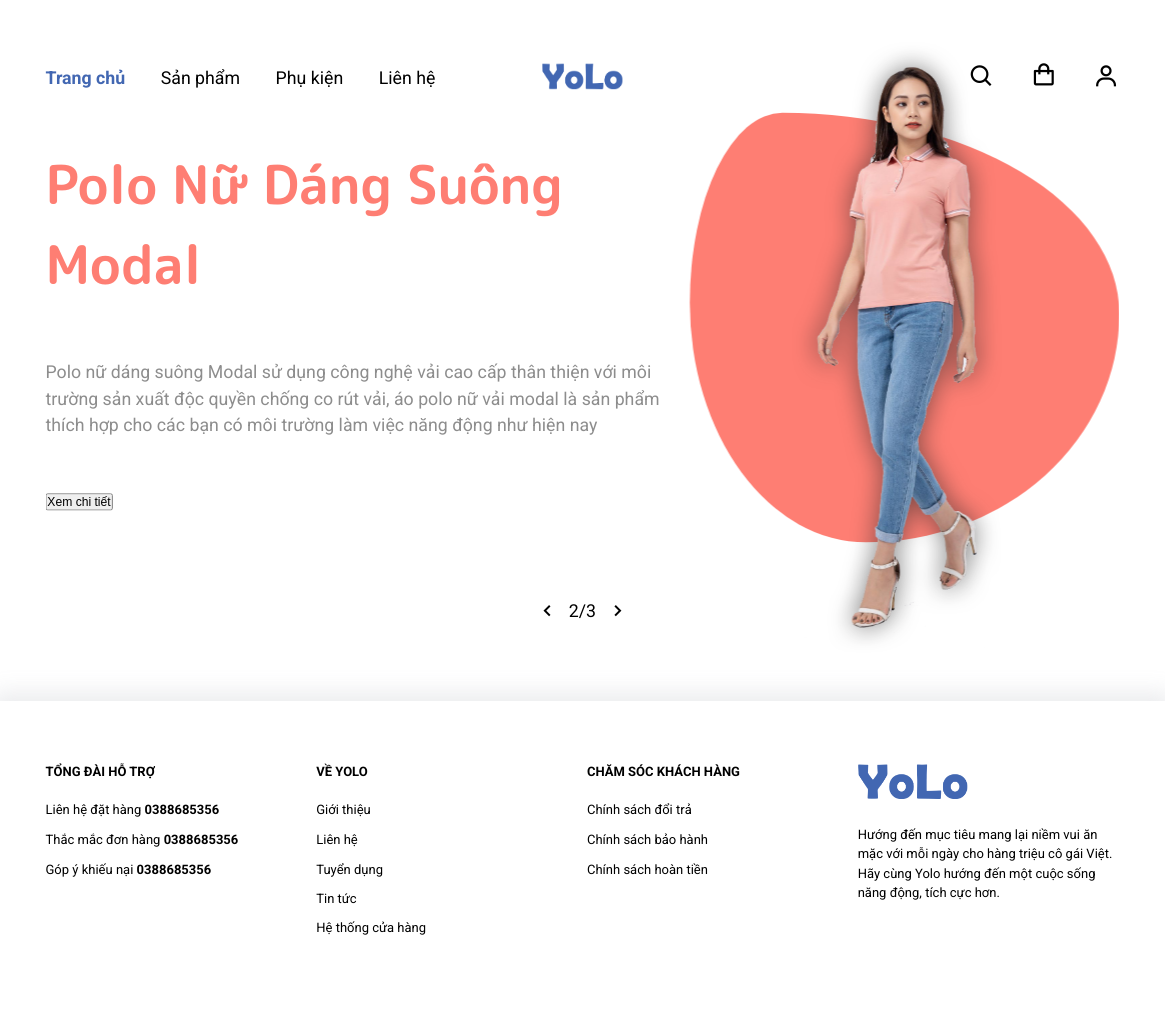
Repository: NguyenThanhBinh1210/Binh-React
Page: / (app in yoloshop/)
These files come from the project's save history. The page is drawn as it stood at one moment and after the next save; the edit follows.
The browser window is 1280 px wide. The pictures show the whole page, at 91% of full size.
The project was rebuilt for these pictures with package versions that can differ from the ones it lists, and the page was loaded fresh each time. A package was used in the major version that the imports need, not the one package.json lists. Also part of the build but not shown: yoloshop/src/pages/Product.jsx, yoloshop/src/pages/Catalog.jsx, yoloshop/src/pages/Cart.jsx, yoloshop/src/pages/Accessory.jsx, yoloshop/src/pages/Contact.jsx.

Above is the page before, as saved 2021-11-25 16:11:40.

### yoloshop/src/index.js
import React from 'react'
import ReactDOM from 'react-dom'
import Layout from './components/Layout'
import reportWebVitals from './reportWebVitals'
import './assets/boxicons-2.0.7/css/boxicons.min.css'
import './sass/index.scss'

ReactDOM.render(
	<React.StrictMode>
		<Layout />
	</React.StrictMode>,
	document.getElementById('root')
)

// If you want to start measuring performance in your app, pass a function
// to log results (for example: reportWebVitals(console.log))
// or send to an analytics endpoint. Learn more: https://bit.ly/CRA-vitals
reportWebVitals()

### yoloshop/src/components/Layout.jsx
import React from 'react'
import { BrowserRouter, Route } from 'react-router-dom'
import Header from './Header'
import Footer from './Footer'
import Routess from '../routes/Routess'

export default function Layout() {
	return (
		<BrowserRouter>
			<Route
				render={props => (
					<div>
						<Header {...props} />
						<div className="container">
							<div className="main">
								<Routess />
							</div>
						</div>
						<Footer />
					</div>
				)}
			/>
		</BrowserRouter>
	)
}

### yoloshop/src/sass/index.scss
@import './variables';
@import './mixins';
@import './base.scss';

@import './components/header';
@import './components/footer';
@import './components/hero-slider.scss';

### yoloshop/src/components/Header.jsx
import React, { useEffect, useRef } from 'react'
import logo from '../assets/images/Logo-2.png'
import { Link, useLocation } from 'react-router-dom'

const mainNav = [
	{
		display: 'Trang chủ',
		path: '/'
	},
	{
		display: 'Sản phẩm',
		path: '/catalog'
	},
	{
		display: 'Phụ kiện',
		path: '/accessories'
	},
	{
		display: 'Liên hệ',
		path: '/contact'
	}
]
export default function Header() {
	const { pathname } = useLocation()
	const activeNav = mainNav.findIndex(e => e.path === pathname)
	const headerRef = React.useRef(null)

	useEffect(() => {
		window.addEventListener('scroll', () => {
			if (
				document.body.scrollTop > 80 ||
				document.documentElement.scrollTop > 80
			) {
				headerRef.current.classList.add('shrink')
			} else {
				headerRef.current.classList.remove('shrink')
			}
		})
		return () => {
			window.removeEventListener('scroll')
		}
	}, [])

	const menuLeft = useRef(null)

	const menuToggle = () => menuLeft.current.classList.toggle('active')

	return (
		<div className="header" ref={headerRef}>
			<div className="container">
				<div className="header__logo">
					<Link to="/">
						<img src={logo} alt="logo" />
					</Link>
				</div>
				<div className="header__menu">
					<div className="header__menu__mobile-toggle" onClick={menuToggle}>
						<i class="bx bx-menu-alt-left"></i>
					</div>
					<div className="header__menu__left" ref={menuLeft}>
						<div className="header__menu__left__close" onClick={menuToggle}>
							<i class="bx bx-chevron-left"></i>
						</div>
						{mainNav.map((item, index) => (
							<div
								key={index}
								className={`header__menu__item  header__menu__left__item ${
									index === activeNav ? 'active' : ''
								}`}
								onClick={menuToggle}
							>
								<Link to={item.path}>
									<span>{item.display}</span>
								</Link>
							</div>
						))}
					</div>
					<div className="header__menu__right">
						<div className="header__menu__item header__menu__right__item">
							<i class="bx bx-search"></i>
						</div>
						<div className="header__menu__item header__menu__right__item">
							<Link to="/cart">
								<i class="bx bx-shopping-bag"></i>
							</Link>
						</div>
						<div className="header__menu__item header__menu__right__item">
							<i class="bx bx-user"></i>
						</div>
					</div>
				</div>
			</div>
		</div>
	)
}

### yoloshop/src/components/Footer.jsx
import React from 'react'
import { Link } from 'react-router-dom'
import Grid from './Grid'
import logo from '../assets/images/Logo-2.png'

const footerAboutLinks = [
	{
		display: 'Giới thiệu',
		path: '/about'
	},
	{
		display: 'Liên hệ',
		path: '/contact'
	},
	{
		display: 'Tuyển dụng',
		path: '/about'
	},
	{
		display: 'Tin tức',
		path: '/about'
	},
	{
		display: 'Hệ thống cửa hàng',
		path: '/about'
	}
]

const footerCustomLinks = [
	{
		display: 'Chính sách đổi trả',
		path: '/about'
	},

	{
		display: 'Chính sách bảo hành',
		path: '/about'
	},

	{
		display: 'Chính sách hoàn tiền',
		path: '/about'
	}
]

export default function Footer() {
	return (
		<footer className="footer">
			<div className="container">
				<Grid col={4} mdCol={2} smCol={1} gap={10}>
					<div>
						<div className="footer__title">Tổng đài hỗ trợ</div>
						<div className="footer__content">
							<p>
								Liên hệ đặt hàng <strong> 0388685356</strong>
							</p>
							<p>
								Thắc mắc đơn hàng <strong> 0388685356</strong>
							</p>
							<p>
								Góp ý khiếu nại <strong> 0388685356</strong>
							</p>
						</div>
					</div>
					<div>
						<div className="footer__title">Về Yolo</div>
						<div className="footer__content">
							{footerAboutLinks.map((item, i) => (
								<p key={i} className="">
									<Link to={item.path}>{item.display}</Link>
								</p>
							))}
						</div>
					</div>
					<div>
						<div className="footer__title">Chăm sóc khách hàng</div>
						<div className="footer__content">
							{footerCustomLinks.map((item, i) => (
								<p key={i} className="">
									<Link to={item.path}>{item.display}</Link>
								</p>
							))}
						</div>
					</div>
					<div className="footer__about">
						<p>
							<Link to="/">
								<img src={logo} className="footer__logo" alt="logo" />
							</Link>
						</p>
						<p>
							Hướng đến mục tiêu mang lại niềm vui ăn mặc với mỗi ngày cho hàng
							triệu cô gái Việt. Hãy cùng Yolo hướng đến một cuộc sống năng
							động, tích cực hơn.
						</p>
					</div>
				</Grid>
			</div>
		</footer>
	)
}

### yoloshop/src/routes/Routess.jsx
import React from 'react'
import { Switch, Route } from 'react-router-dom'
import Home from '../pages/Home'
import Product from '../pages/Product'
import Catalog from '../pages/Catalog'
import Cart from '../pages/Cart'
import Accessory from '../pages/Accessory'
import Contact from '../pages/Contact'

const Routess = () => {
	return (
		<Switch>
			<Route path="/" exact component={Home}></Route>
			<Route path="/catalog/:slug" component={Product}></Route>
			<Route path="/catalog" component={Catalog}></Route>
			<Route path="/cart" component={Cart}></Route>
			<Route path="/accessories" component={Accessory}></Route>
			<Route path="/contact" component={Contact}></Route>
		</Switch>
	)
}

export default Routess

### yoloshop/src/sass/_variables.scss
$main-bg: #fff;
$main-color: #4267b2;

$txt-main-color: #000000;
$txt-second-color: #8d8d8d;
$txt-white: #fff;

$btn-main-bg: $main-color;
$btn-main-color: #fff;

$header-height: 170px;
$header-tablet-height: 70px;
$header-mobile-height: 40px;
$header-shrink-height: 70px;

$box-shadow: rgba(149, 157, 165, 0.2) 0px 0px 24px 8px;

$colors: (
	'blue': #4267b2,
	'orange': #fbb96b,
	'pink': #fe7e73,
	'white': #fff,
	'black': #000,
	'main': $main-color
);

$mobile-width: 600px;
$tablet-width: 1024px;

$numbers: (0, 1, 2, 3, 4, 5, 6, 7, 8);

### yoloshop/src/sass/_mixins.scss
@mixin flex($align-item, $justify-content) {
	display: flex;
	align-items: $align-item;
	justify-content: $justify-content;
}

@mixin mobile {
	@media only screen and (max-width: $mobile-width) {
		@content;
	}
}
@mixin tablet {
	@media only screen and (max-width: $tablet-width) {
		@content;
	}
}

### yoloshop/src/sass/_base.scss
@import url('https://fonts.googleapis.com/css2?family=Roboto:ital,wght@0,100;0,300;0,400;0,500;0,700;0,900;1,100;1,300;1,400;1,500;1,700;1,900&display=swap');

@import url('https://fonts.googleapis.com/css2?family=M+PLUS+Rounded+1c:wght@100;300;400;500;700;800;900&display=swap');

* {
	padding: 0;
	margin: 0;
	box-sizing: border-box;
	-webkit-tap-highlight-color: transparent;
	user-select: none;
}

html {
	font-size: 13px;
}

body {
	font-family: 'Roboto', sans-serif;
}

ul {
	list-style-type: none;
}

a {
	text-decoration: none;
	color: unset;
}

@each $color, $val in $colors {
	.color-#{$color} {
		color: $val;
	}

	.bg-#{$color} {
		background-color: $val;
	}
}

@each $val in $numbers {
	.grid-col-#{$val} {
		grid-template-columns: repeat($val, 1fr);
	}
}

@each $val in $numbers {
	.grid-col-md-#{$val} {
		@include tablet {
			grid-template-columns: repeat($val, 1fr);
		}
	}
}

@each $val in $numbers {
	.grid-col-sm-#{$val} {
		@include mobile {
			grid-template-columns: repeat($val, 1fr);
		}
	}
}

.container {
	width: 100%;
	max-width: 1620px;
	padding: 0 50px;
	margin: auto;

	@include tablet {
		padding: 0 20px;
	}

	@include mobile {
		padding: 0 10px;
	}
}

.main {
	margin-top: $header-height;
	margin-bottom: 2rem;
	min-height: 100vh;

	@include tablet {
		margin-top: calc(#{$header-tablet-height} + 20px);
	}
	@include mobile {
		margin-top: calc(#{$header-mobile-height} + 10px);
	}
}

.grid {
	display: grid;
}

### yoloshop/src/sass/components/_header.scss
.header {
	background-color: $main-bg;
	position: fixed;
	top: 0;
	left: 0;
	width: 100%;
	z-index: 99;
	height: $header-height;
	transition: height 0.3s ease;

	@include tablet {
		height: $header-tablet-height;
		box-shadow: $box-shadow;
	}
	@include mobile {
		height: $header-mobile-height;
	}

	.container {
		height: 100%;
	}

	&.shrink {
		height: $header-shrink-height;
		box-shadow: $box-shadow;
		z-index: 10001;
	}

	&__logo {
		@include flex(center, center);
		position: absolute;
		inset: 0;
		pointer-events: none;

		img {
			height: 28px;
		}
	}

	&__menu {
		@include flex(center, space-between);
		height: 100%;
		font-size: 1.5rem;

		&__item ~ &__item {
			margin-left: 39px;
			@include tablet {
				margin-left: 20px;
			}
			@include mobile {
				margin-left: 10px;
			}
		}
		&__item.active {
			font-weight: 600;
			color: $main-color;
		}
		&__item:hover {
			color: $main-color;
		}
		&__left,
		&__right {
			@include flex(center, center);
			height: 100%;
		}

		&__right {
			font-size: 2.25rem;
			&__item {
				@include flex(center, center);
			}
			@include mobile {
				font-size: 1.5rem;
			}
		}

		&__left {
			&__close {
				display: none;
			}

			@include tablet {
				flex-direction: column;
				background-color: $main-bg;
				position: absolute;
				left: 0;
				top: 0;
				width: 100%;
				height: 100vh;
				justify-content: flex-start;
				padding-top: 30px;
				transform: translateX(-100%);
				transition: transform 0.5s ease;

				&.active {
					transform: translateX(0);
				}

				&__item ~ &__item {
					margin-left: unset;
					margin-top: 20px;
				}
				&__close {
					display: block;
					position: absolute;
					left: 20px;
					font-size: 2.5rem;
				}
			}
		}
		&__mobile-toggle {
			display: none;

			@include tablet {
				display: block;
				font-size: 2.5rem;
			}
		}
	}
}

### yoloshop/src/sass/components/_footer.scss
.footer {
	padding: 70px 0;
	box-shadow: $box-shadow;
	font-size: 1.1rem;
	a:hover {
		color: $main-color;
	}
	&__logo {
		height: 38px;
	}
	&__about {
		p {
			margin-bottom: 2rem;
		}
		p:not(:first-child) {
			line-height: 1.5;
		}
	}
	&__title {
		text-transform: uppercase;
		margin-bottom: 2rem;
		font-weight: 600;
	}
	&__content {
		p {
			margin-bottom: 1.25rem;
		}
	}
}

### yoloshop/src/sass/components/_hero-slider.scss
.hero-slider {
	height: 100vh;
	max-height: 1080px;
	overflow: hidden;
	position: relative;
	margin-bottom: 50px;
	margin-top: calc(#{$header-height} * -1);
	@include tablet {
		margin-top: calc(#{$header-tablet-height} * -1);
	}
	@include mobile {
		margin-top: calc(#{$header-mobile-height} * -1);
	}
	&__item {
		@include flex(center, space-between);
		opacity: 0;
		visibility: hidden;
		pointer-events: none;
		position: absolute;
		inset: 0;
		&.active {
			opacity: 1;
			visibility: visible;
			pointer-events: visible;
		}
		&__info {
			width: 58.33%;
			&__title,
			&__description {
				margin-bottom: 60px;

				@include tablet {
					margin-bottom: 15px;
				}
			}
			&__title {
				font-family: 'M Plus Rounded 1c', sans-serif;
				font-weight: 600;
				font-size: 4.5rem;
				line-height: 6.75rem;
				overflow: hidden;
			}
			&__description {
				color: $txt-second-color;
				font-size: 1.5rem;
				line-height: 2.25rem;
				overflow: hidden;
			}
			&__btn {
				overflow: hidden;
			}
		}
		&__image {
			flex-grow: 1;
			position: relative;
			height: 100%;
			z-index: 1000;
			pointer-events: none;
			img {
				height: 100vh;
				position: absolute;
				bottom: 0;
				right: 0;
			}
			.shape {
				$size: 472px;
				height: $size;
				width: $size;
				position: absolute;
				right: 0;
				top: 50%;
				border-radius: 30% 70% 70% 30% / 30% 30% 70% 70%;
				transform: translate(0, -50%);
				transition: border-radius 13s ease;
				animation: border 10s infinite forwards;
			}
		}
	}
	&__control {
		@include flex(center, center);
		position: absolute;
		bottom: 5%;
		left: 50%;
		transform: translateX(-50%);

		&__item ~ &__item {
			margin-left: 10px;
		}
		&__item {
			@include flex(center, center);
			font-size: 2rem;
			cursor: pointer;

			&:hover {
				color: $main-color;
			}
			.index {
				font-size: 1.5rem;
			}
		}
	}
}

@keyframes border {
	0% {
		border-radius: 30% 70% 70% 30% / 30% 30% 70% 70%;
	}
	50% {
		border-radius: 20% 80% 59% 41% / 43% 45% 55% 57%;
	}
	100% {
		border-radius: 32% 68% 59% 41% / 53% 59% 41% 47%;
	}
}

### yoloshop/src/components/Grid.jsx
import React from 'react'
import PropTypes from 'prop-types'

const Grid = props => {
	const style = {
		gap: props.gap ? `${props.gap}px` : '0'
	}
	const col = props.col ? `grid-col-${props.col}` : '0'
	const mdCol = props.mdCol ? `grid-col-${props.mdCol}` : '0'
	const smCol = props.smCol ? `grid-col-${props.smCol}` : '0'
	return (
		<div className={`grid ${col} ${mdCol} ${smCol}`} style={style}>
			{props.children}
		</div>
	)
}

Grid.propTypes = {
	col: PropTypes.number.isRequired,
	mdCol: PropTypes.number,
	smCol: PropTypes.number,
	gap: PropTypes.number
}

export default Grid

### yoloshop/src/pages/Home.jsx
import React from 'react'
import heroSliderData from '../assets/fake-data/hero-slider'
import Helmet from '../components/Helmet'
import HeroSlider from '../components/HeroSlider'

const Home = () => {
	return (
		<Helmet title="Trang chủ">
			<HeroSlider
				data={heroSliderData}
				control={true}
				auto={true}
				timeOut={4000}
			/>
		</Helmet>
	)
}

export default Home

### yoloshop/src/assets/fake-data/hero-slider.js
const img1 = require('../images/slider/slide_1.png').default
const img2 = require('../images/slider/slide_2.png').default
const img3 = require('../images/slider/slide_3.png').default

const heroSliderData = [
	{
		title: 'Polo nữ Pima cao cấp',
		description:
			'Nhắc đến sự đẳng cấp là không thể không nhắc đến dòng vải pima. Nó tạo nên chất lượng tốt nhất cho bất kỳ sản phẩm thời trang nào. Sợi vải pima dài và dày hơn sợi cotton thông thường gấp đôi nhờ công nghệ dệt tân tiến. Điều đó làm cho kết cấu áo polo chắc chắn, bền chặt, hạn chế tối đa xù lông, mềm mượt, bền màu, vô cùng đảm bảo sức khoẻ người dùng',
		img: img1,
		color: 'blue',
		path: '/catalog/ao-thun-dinosaur-01'
	},
	{
		title: 'Polo Nữ Dáng Suông Modal',
		description:
			'Polo nữ dáng suông Modal sử dụng công nghệ vải cao cấp thân thiện với môi trường sản xuất độc quyền chống co rút vải, áo polo nữ vải modal là sản phẩm thích hợp cho các bạn có môi trường làm việc năng động như hiện nay',
		img: img2,
		path: '/catalog/ao-thun-dinosaur-02',
		color: 'pink'
	},
	{
		title: 'Polo Nữ Coolmax Lacoste',
		description:
			'Mẫu áo polo nữ được làm bằng chất liệu coolmax đem lại cảm giác mát lạnh khi mặc. Thiết kế mẫu áo polo coolmax này có kiểu dáng cực kỳ thoải mái. Tạo sự gọn gàng hứa hẹn sẽ là mẫu áo polo vô cùng hot trong thời điểm sắp tới',
		img: img3,
		path: '/catalog/ao-thun-dinosaur-03',
		color: 'orange'
	}
]

export default heroSliderData

### yoloshop/src/components/Helmet.jsx
import React from 'react'
import PropTypes from 'prop-types'

const Helmet = props => {
	document.title = 'Yolo - ' + props.title

	return <div>{props.children}</div>
}

Helmet.propTypes = {
	title: PropTypes.string.isRequired
}

export default Helmet

### yoloshop/src/components/HeroSlider.jsx
import React, { useCallback, useEffect, useState } from 'react'
import PropTypes from 'prop-types'
import { Link } from 'react-router-dom'

const HeroSlider = props => {
	const data = props.data
	// const activeSlider = 0
	const [activeSlider, setActiveSlider] = useState(0)

	const nextSlide = useCallback(() => {
		const _index = activeSlider + 1 === data.length - 1 ? 0 : activeSlider + 1
		setActiveSlider(_index)
	}, [activeSlider, data])

	const prevSlide = () => {
		const _index = activeSlider - 1 < 0 ? data.length - 1 : activeSlider - 1
		setActiveSlider(_index)
	}
	const timeOut = props.timeOut ? props.timeOut : 3000

	useEffect(() => {
		if (props.auto) {
			const sliderAuto = setInterval(() => {
				nextSlide()
			}, timeOut)
			return () => {
				clearInterval(sliderAuto)
			}
		}
	}, [nextSlide, timeOut, props])
	return (
		<div className="hero-slider">
			{data.map((item, index) => (
				<HeroSliderItem
					key={index}
					item={item}
					active={index === activeSlider}
				/>
			))}
			{props.control ? (
				<div className="hero-slider__control">
					<div className="hero-slider__control__item" onClick={prevSlide}>
						<i className="bx bx-chevron-left"></i>
					</div>
					<div className="hero-slider__control__item">
						<div className="index">
							{activeSlider + 1}/{data.length}
						</div>
					</div>

					<div className="hero-slider__control__item" onClick={nextSlide}>
						<i className="bx bx-chevron-right"></i>
					</div>
				</div>
			) : null}
		</div>
	)
}

HeroSlider.propTypes = {
	data: PropTypes.array.isRequired,
	control: PropTypes.bool,
	auto: PropTypes.bool,
	timeOut: PropTypes.number
}

const HeroSliderItem = props => (
	<div className={`hero-slider__item ${props.active ? 'active' : ''}`}>
		<div className="hero-slider__item__info">
			<div
				className={`hero-slider__item__info__title color-${props.item.color}`}
			>
				<span> {props.item.title}</span>
			</div>
			<div className="hero-slider__item__info__description">
				<span> {props.item.description}</span>
			</div>
			<div className="hero-slider__item__info__btn">
				<Link to={props.item.path}>
					<button>Xem chi tiết</button>
				</Link>
			</div>
		</div>
		<div className="hero-slider__item__image">
			<div className={`shape bg-${props.item.color}`}></div>
			<img src={props.item.img} alt={props.item.title} />
		</div>
	</div>
)

export default HeroSlider

Loaded but not shown: yoloshop/public/index.html (common file); yoloshop/src/reportWebVitals.js (common file); yoloshop/src/assets/boxicons-2.0.7/css/boxicons.min.css (library)

After the next save:
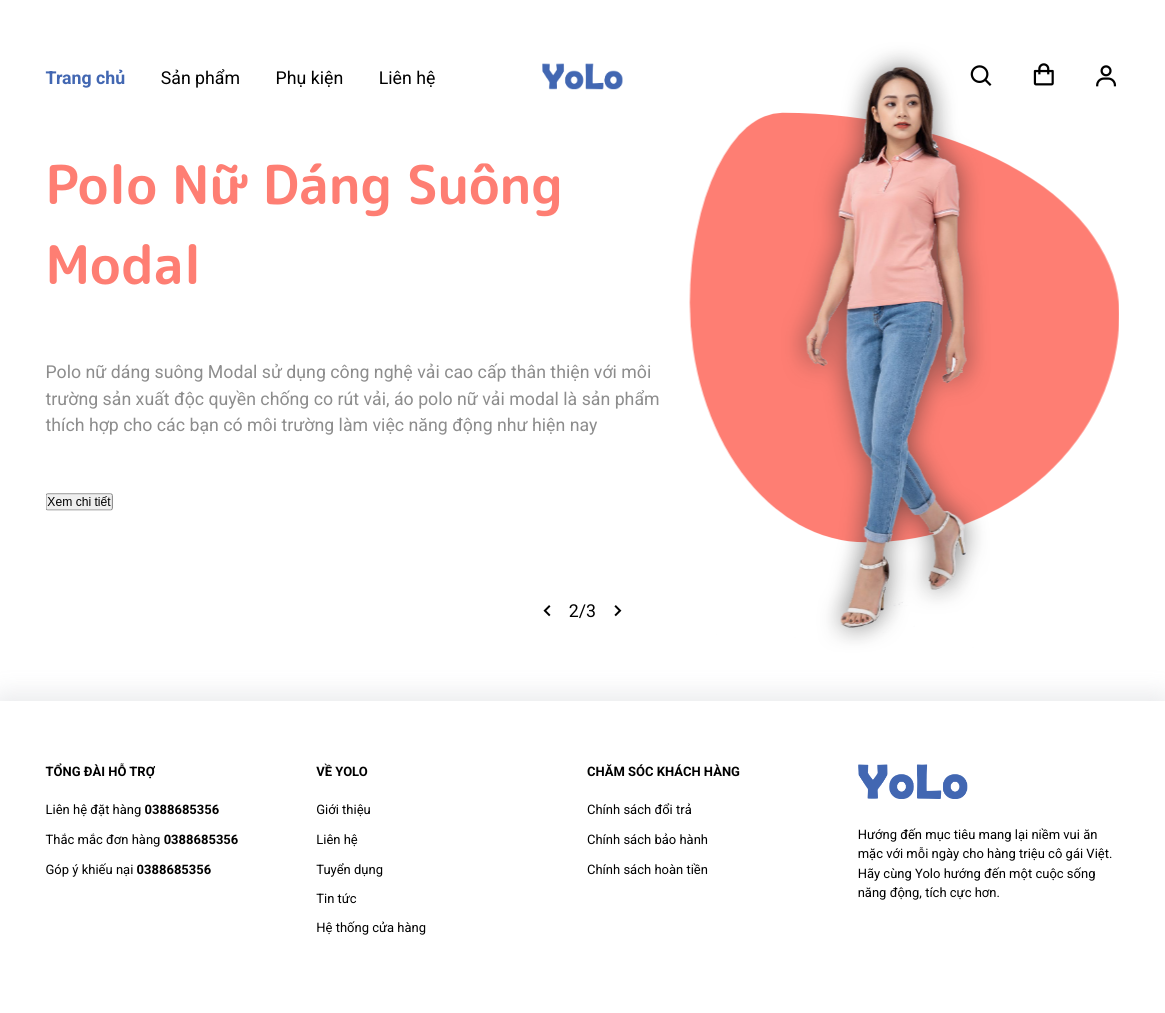
Saved 14 s later.
--- a/yoloshop/src/sass/components/_hero-slider.scss
+++ b/yoloshop/src/sass/components/_hero-slider.scss
@@ -60,7 +60,7 @@
 				height: 100vh;
 				position: absolute;
 				bottom: 0;
-				right: 0;
+				left: 0;
 			}
 			.shape {
 				$size: 472px;
